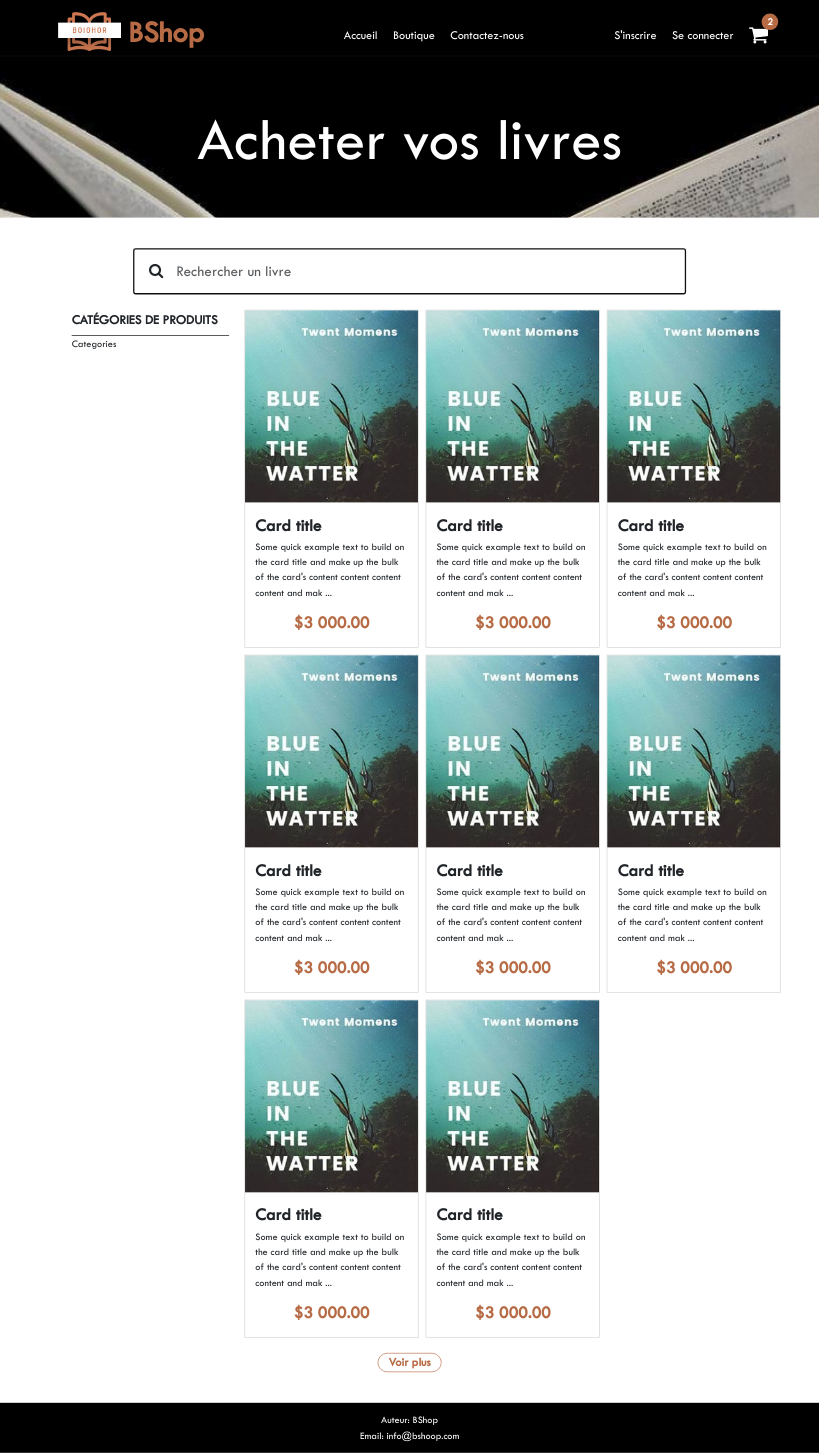
Repository: padevft/e-commerce-php
Page: http://localhost/server/pages/shop.php
An editor plug-in stored every save of this project. The page is shown before and after the next save, followed by the edit.
The browser window is 1280 px wide. The pictures show the whole page, at 64% of full size.
The first visible `.content-search` has the focus.
The page is run by PHP 8.4 with error messages shown; the project is at /var/www/html/.

Above is the page before, as saved 2023-09-18 11:38:49.

After the next save:
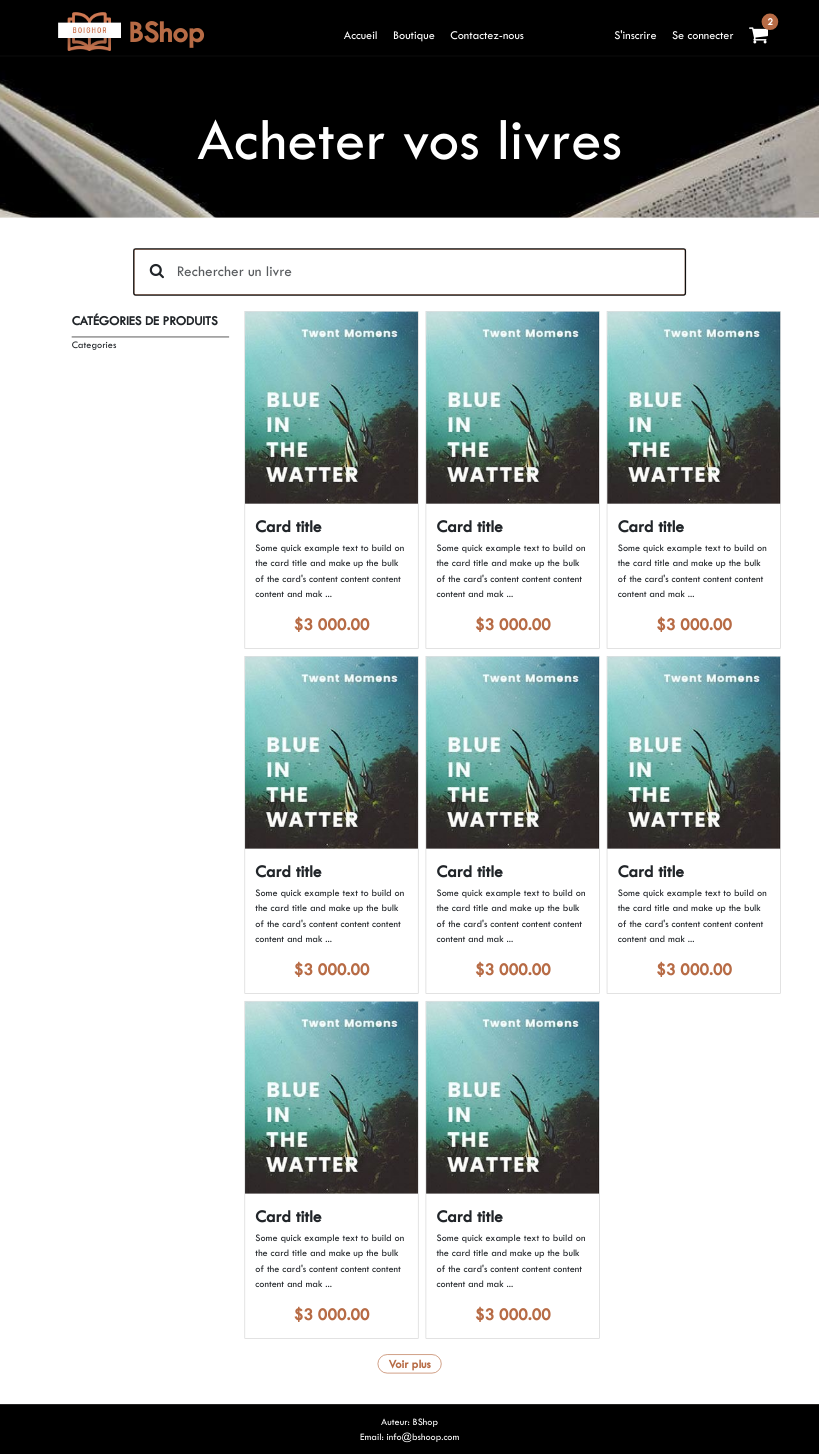
Saved 39 s later.
--- a/client/css/styles.css
+++ b/client/css/styles.css
@@ -309,7 +309,7 @@
   border:1px solid #000;
 }
 .content-search:focus-within{
-  border:1px solid var(--color-primary);
+  border:2px solid var(--color-primary);
 }
 .content-search i{
   font-size: 1.5rem;

After the save that followed:
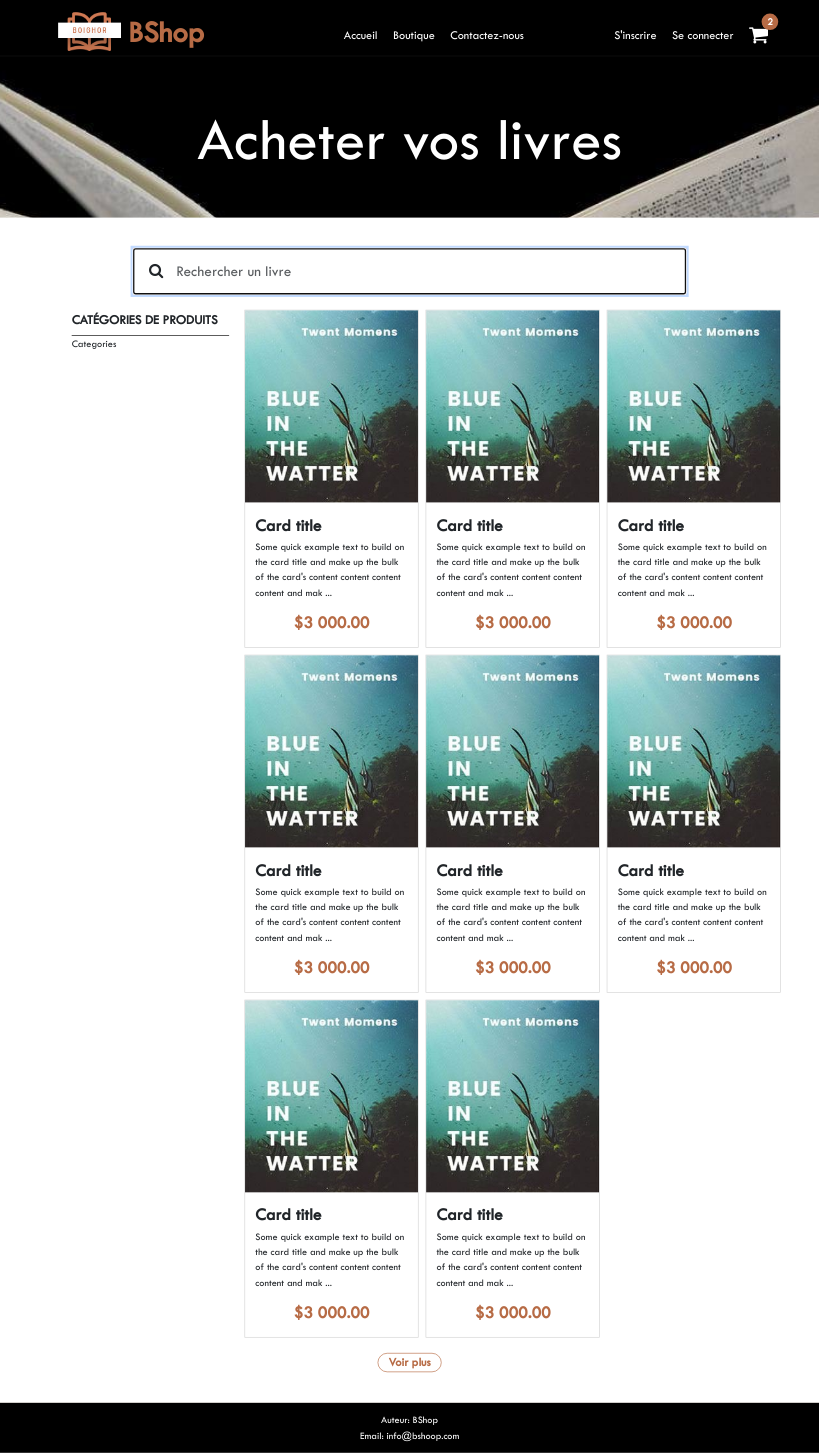
Saved 66 s later.
--- a/client/css/styles.css
+++ b/client/css/styles.css
@@ -309,7 +309,8 @@
   border:1px solid #000;
 }
 .content-search:focus-within{
-  border:2px solid var(--color-primary);
+  border:1px solid var(--color-primary);
+  box-shadow: 0 0 0 0.25rem rgba(13,110,253,.25);
 }
 .content-search i{
   font-size: 1.5rem;
